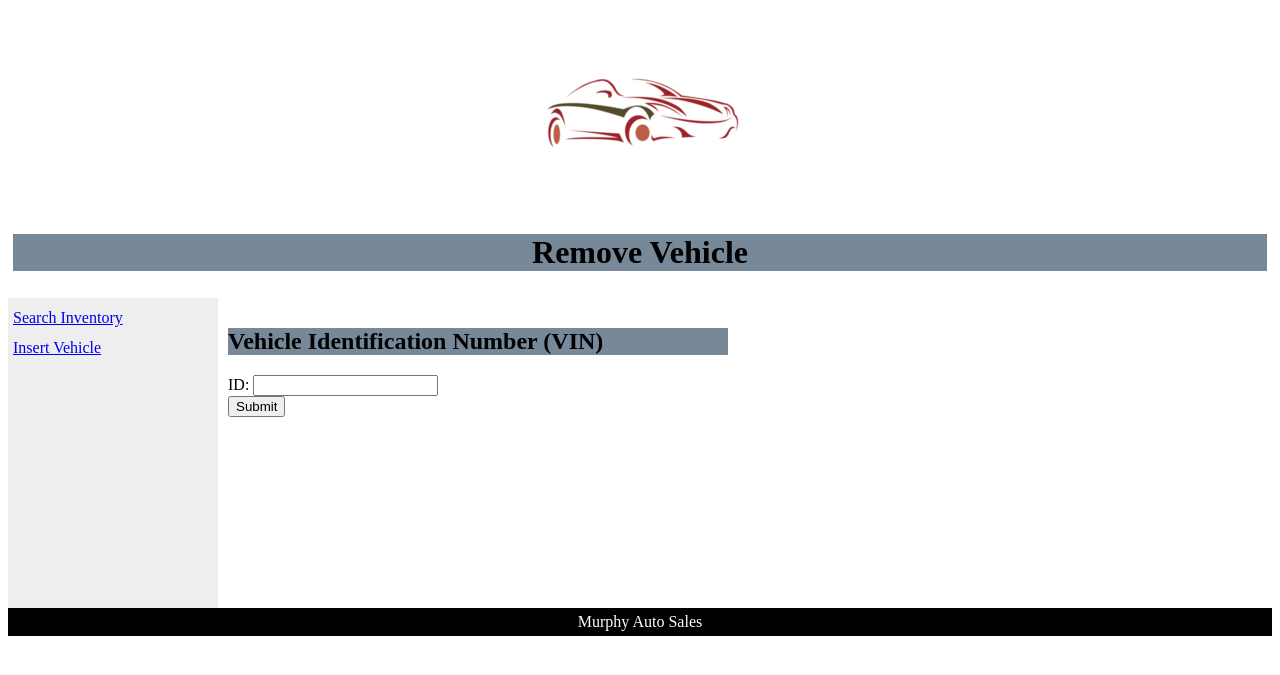
Repository: CamdenMurphy/workspace4830-intro-to-software-engineering
Page: techExercise/techExercise-Murphy/src/main/webapp/delete_murphy.html
An editor plug-in stored every save of this project. The page is shown before and after the next save, followed by the edit.
The browser window is 1280 px wide. The pictures show the whole page.

Above is the page before, as saved 2023-10-12 06:24:48.

### techExercise/techExercise-Murphy/src/main/webapp/delete_murphy.html
<html>
<head>
<style>
header {

	text-align: center;
    padding:5px;
}
nav {
    line-height:30px;
    background-color:#eeeeee;
    height:300px;
    width:200px;
    float:left;
    padding:5px;
}
img {
	display: inline-block;
}
section {
    width:500px;
    float:left;
    padding:10px;
}
footer {
    background-color:black;
    color:white;
    clear:both;
    text-align:center;
    padding:5px;
}
h1 {
	background-color: lightslategray;
}
</style>
</head>

<body>
<header>
	<img src="car_icon.webp" alt="car logo">
	<h1> Remove Vehicle </h1>
</header>

<nav>
<a href="/techExercise-Murphy/search_murphy.html">Search Inventory</a> <br>
<a href="/techExercise-Murphy/insert_murphy.html">Insert Vehicle</a> <br>
</nav>

<section>
	<h1>Vehicle Identification Number (VIN)</h1>

	<form action="DeleteMurphy" method="POST">

		ID: <input type="text" name="id"> <br/>

		<input type="submit" value="Submit" />
	</form>
</section>

<footer>
	Murphy Auto Sales
</footer>
</body>
</html>

After the next save:
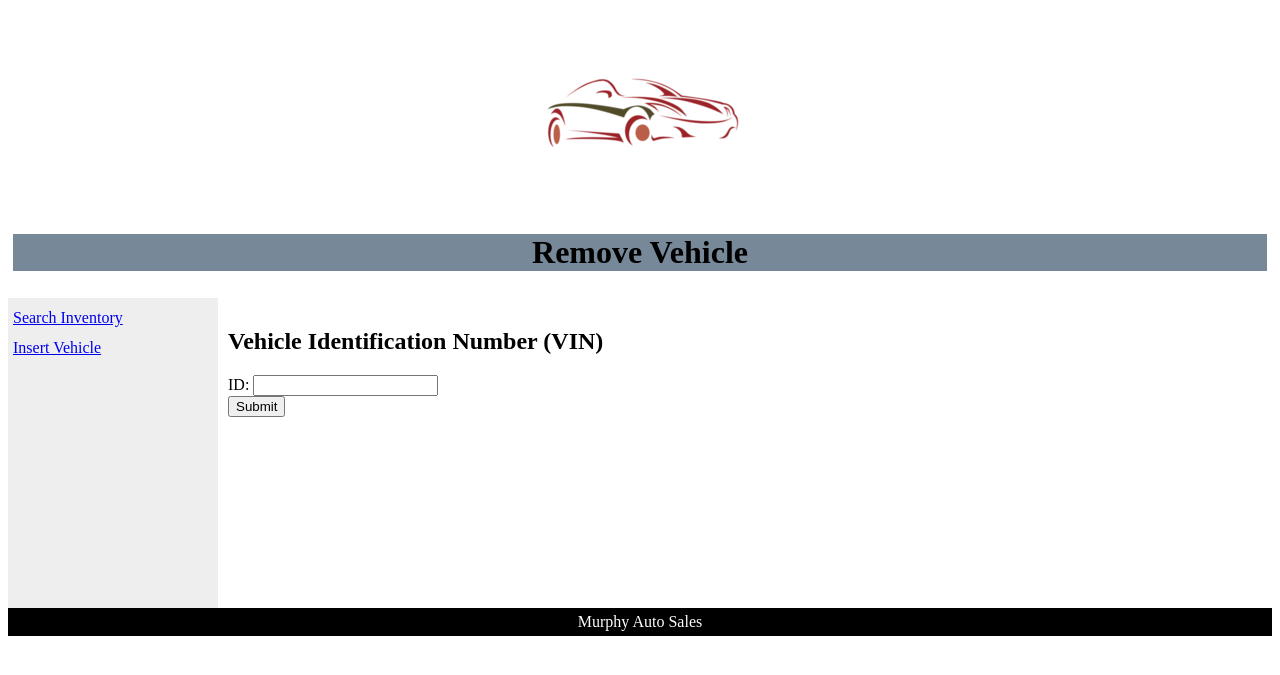
Saved 21 s later.
--- a/techExercise/techExercise-Murphy/src/main/webapp/delete_murphy.html
+++ b/techExercise/techExercise-Murphy/src/main/webapp/delete_murphy.html
@@ -29,7 +29,7 @@ footer {
     text-align:center;
     padding:5px;
 }
-h1 {
+header h1 {
 	background-color: lightslategray;
 }
 </style>
